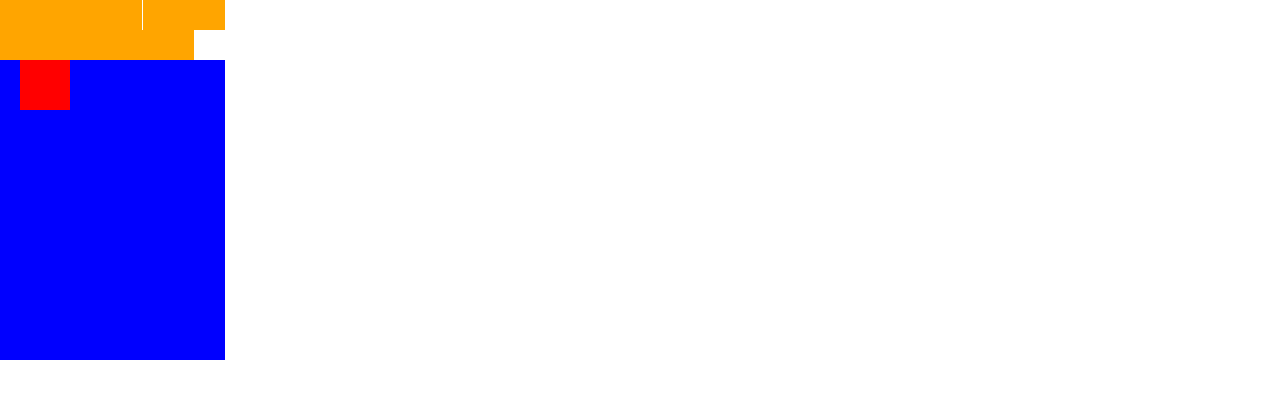
Repository: Luc010/Exercices
Page: HTML CSS/cours/float2.html
An editor plug-in stored every save of this project. The page is shown before and after a run of saves, followed by the edit.
The browser window is 1280 px wide. The pictures show the whole page.

Above is the page before, as saved 2019-09-05 09:53:14.

### HTML CSS/cours/float2.html
<!DOCTYPE html>
<html lang="en">
<head>
    <meta charset="UTF-8">
    <meta name="viewport" content="width=device-width, initial-scale=1.0">
    <meta http-equiv="X-UA-Compatible" content="ie=edge">
    <title>Document</title>
    <style>
        body{
            margin: 0;
            overflow: auto;
        }
        .container{
            width: 225px;
        }
        .blocO{
            background-color: orange;
            height: 30px;
            width: 82px;
            float: right;
        }
        .blocO2{
            background-color: orange;
            height: 30px;
            width: 142px;
        }
        .blocO3{
            background-color: orange;
            height: 30px;
            width: 194px;
        }
        .bloc{
            background-color: blue;
            height: 300px;
            width: 225px;
        }
        .blocRed{
            background-color: red;
            height: 50px;
            width: 50px;
            margin-left: 20px;
        }
    </style>
</head>
<body>
    <div class="container">
        <div class="blocO"></div>
        <div class="blocO2"></div>
        <div class="blocO3"></div>
    </div>
    <div class="bloc">
        <div class="blocRed">

        </div>
    </div>
</body>
</html>

After the next 2 saves:
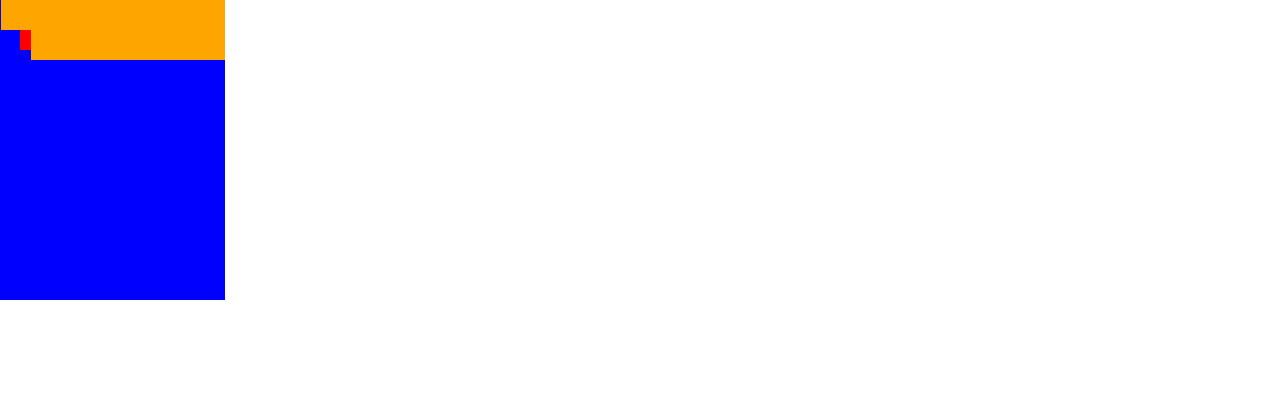
The 2 saves are shown as one change because they came seconds apart.
The last was saved 12 s later.
--- a/HTML CSS/cours/float2.html
+++ b/HTML CSS/cours/float2.html
@@ -23,11 +23,13 @@
             background-color: orange;
             height: 30px;
             width: 142px;
+            float: right;
         }
         .blocO3{
             background-color: orange;
             height: 30px;
             width: 194px;
+            float: right;
         }
         .bloc{
             background-color: blue;
